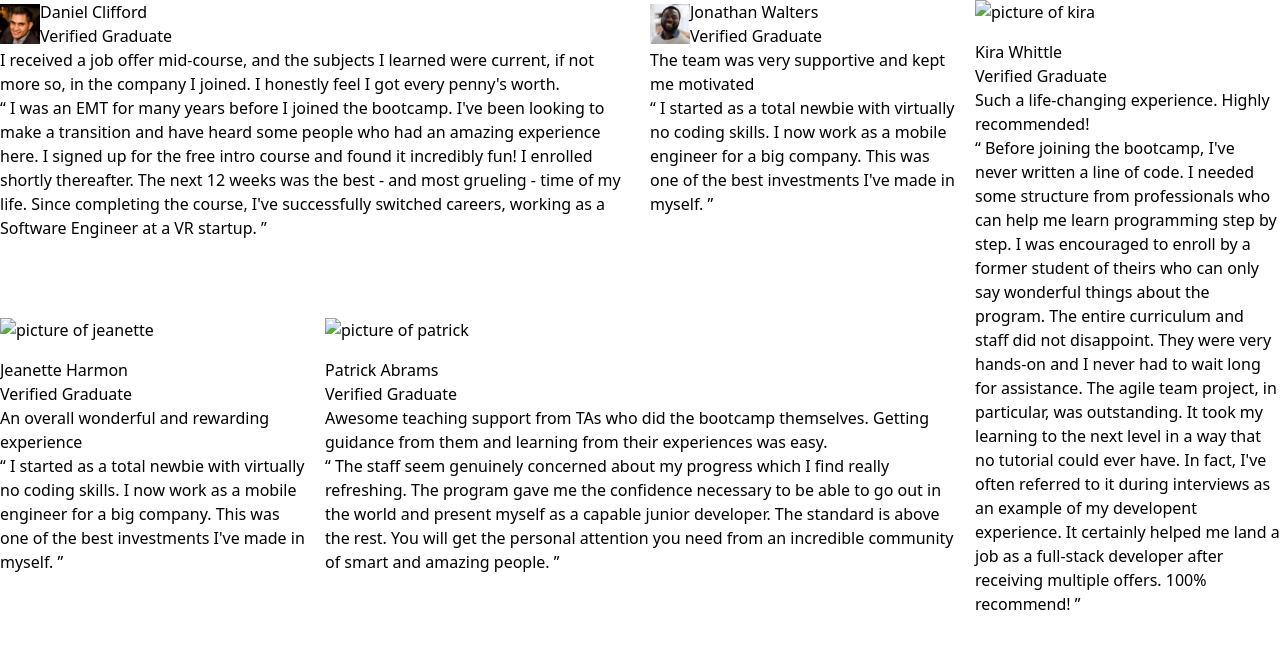
Repository: DiyBookOfLife/ps-FrontendMentor
Page: index.html
An editor plug-in stored every save of this project. The page is shown before and after a run of saves, followed by the edit.
The browser window is 1280 px wide. The pictures show the whole page.
Some web libraries are served in a nearby version.

Above is the page before, as saved 2026-01-02 13:35:29.

### index.html
<!DOCTYPE html>
<html lang="en">

<head>
  <meta charset="UTF-8">
  <meta name="viewport" content="width=device-width, initial-scale=1.0">
  <!-- displays site properly based on user's device -->

  <link rel="icon" type="image/png" sizes="32x32" href="./images/favicon-32x32.png">

  <title>Frontend Mentor | [Challenge Name Here]</title>

  <link rel="preconnect" href="https://fonts.googleapis.com">
  <link rel="preconnect" href="https://fonts.gstatic.com" crossorigin>
  <link href="https://fonts.googleapis.com/css2?family=Barlow+Semi+Condensed:ital,wght@0,100;0,200;0,300;0,400;0,500;0,600;0,700;0,800;0,900;1,100;1,200;1,300;1,400;1,500;1,600;1,700;1,800;1,900&display=swap" rel="stylesheet">

  <!-- <link rel="stylesheet" href="./styles.css"> -->
  <script src="https://cdn.tailwindcss.com"></script>
</head>

<body>
  <main>
    <section class="grid grid-cols-4 grid-rows-2 gap-[20px]">
      <div class="col-start-1 col-end-3">
        <div class="flex items-center">
          <img class="h-[40px]" src="./images/image-daniel.jpg" alt="picture of daniel">
          <div class="flex flex-col justify-center">
            <div>Daniel Clifford</div>
            <div>Verified Graduate</div>
          </div>
        </div>

        <p>
          I received a job offer mid-course, and the subjects I learned were current, if not more so,
          in the company I joined. I honestly feel I got every penny's worth.
        </p>

        <p>
          “ I was an EMT for many years before I joined the bootcamp. I've been looking to make a
          transition and have heard some people who had an amazing experience here. I signed up
          for the free intro course and found it incredibly fun! I enrolled shortly thereafter.
          The next 12 weeks was the best - and most grueling - time of my life. Since completing
          the course, I've successfully switched careers, working as a Software Engineer at a VR startup. ”
        </p>
      </div>

      <div class="col-start-3 col-end-4">
        <div class="col-start-1 col-end-3">
        <div class="flex items-center">
          <img class="h-[40px] src=" src="/images/image-jonathan.jpg" alt="picture of jonathan">
          <div class="flex flex-col justify-center">
            <div>Jonathan Walters</div>
            <div>Verified Graduate</div>
          </div>
        </div>
        </div>

        <p>
          The team was very supportive and kept me motivated
        </p>

        <p>
          “ I started as a total newbie with virtually no coding skills. I now work as a mobile engineer
          for a big company. This was one of the best investments I've made in myself. ”
        </p>
      </div>



      <div class="card" id="jeanette_card">
        <div class="col-start-1 col-end-3">
          <img class="h-[40px] src="./images/image-jeanette.jpg" alt="picture of jeanette">
          <div class="flex flex-col justify-center">
            <div>Jeanette Harmon</div>
            <div>Verified Graduate</div>
          </div>
        </div>

        <p>
          An overall wonderful and rewarding experience
        </p>

        <p>
          “ I started as a total newbie with virtually no coding skills. I now work as a mobile engineer
          for a big company. This was one of the best investments I've made in myself. ”
        </p>
      </div>


      <div class="col-start-2 col-end-4">
        <div class="col-start-1 col-end-3">
          <img class="h-[40px] src="./images/image-patrick.jpg" alt="picture of patrick">
          <div class="flex flex-col justify-center">
            <div>Patrick Abrams</div>
            <div>Verified Graduate</div>
          </div>
        </div>

        <p>
          Awesome teaching support from TAs who did the bootcamp themselves. Getting guidance from them and
          learning from their experiences was easy.
        </p>

        <p>
          “ The staff seem genuinely concerned about my progress which I find really refreshing. The program
          gave me the confidence necessary to be able to go out in the world and present myself as a capable
          junior developer. The standard is above the rest. You will get the personal attention you need from
          an incredible community of smart and amazing people. ”
        </p>
      </div>



      <div class="col-start-4 col-end-5 row-start-1 row-end-3">
        <div class="profile">
          <img class="h-[40px] src="./images/image-kira.jpg" alt="picture of kira">
          <div>
            <div>Kira Whittle</div>
            <div>Verified Graduate</div>
          </div>
        </div>

        <p>
          Such a life-changing experience. Highly recommended!
        </p>

        <p>
          “ Before joining the bootcamp, I've never written a line of code. I needed some structure from
          professionals who can help me learn programming step by step. I was encouraged to enroll by a former
          student of theirs who can only say wonderful things about the program. The entire curriculum and staff
          did not disappoint. They were very hands-on and I never had to wait long for assistance. The agile team
          project, in particular, was outstanding. It took my learning to the next level in a way that no tutorial
          could ever have. In fact, I've often referred to it during interviews as an example of my developent
          experience. It certainly helped me land a job as a full-stack developer after receiving multiple offers.
          100% recommend! ”
        </p>
      </div>

    </section>
  </main>
</body>

</html>

After the next 2 saves:
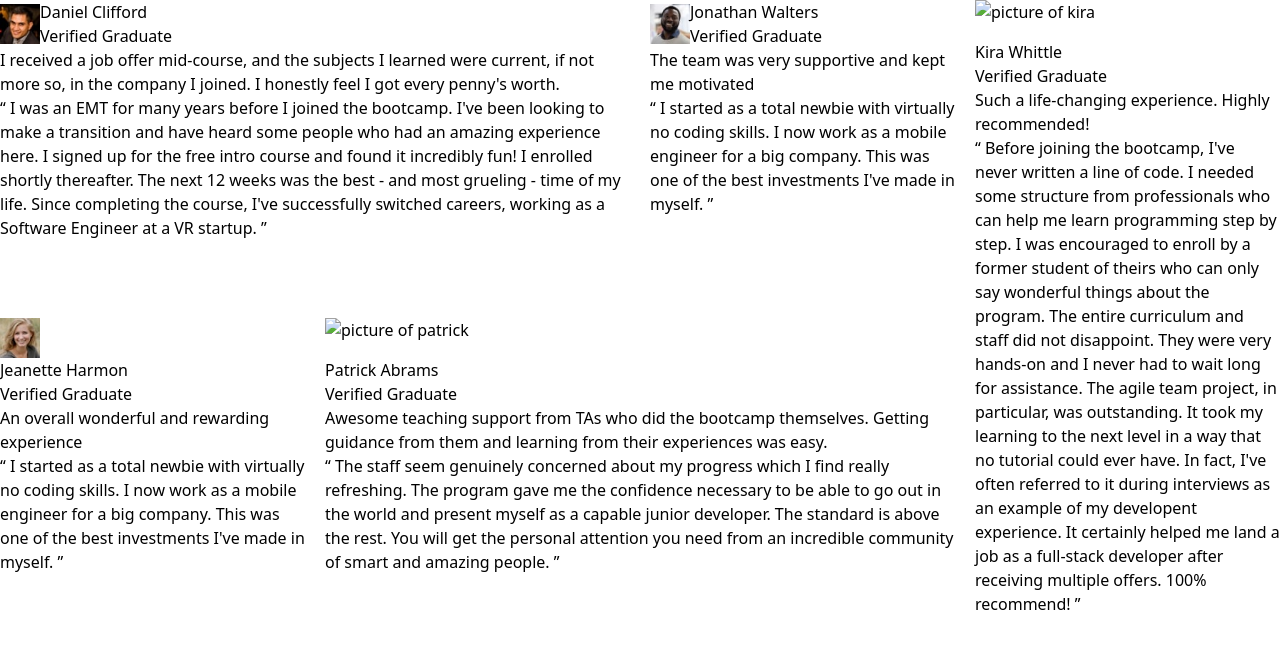
The 2 saves are shown as one change because they came seconds apart.
The last was saved 23 s later.
--- a/index.html
+++ b/index.html
@@ -69,7 +69,7 @@
 
       <div class="card" id="jeanette_card">
         <div class="col-start-1 col-end-3">
-          <img class="h-[40px] src="./images/image-jeanette.jpg" alt="picture of jeanette">
+          <img class="h-[40px]" src="./images/image-jeanette.jpg" alt="picture of jeanette">
           <div class="flex flex-col justify-center">
             <div>Jeanette Harmon</div>
             <div>Verified Graduate</div>
